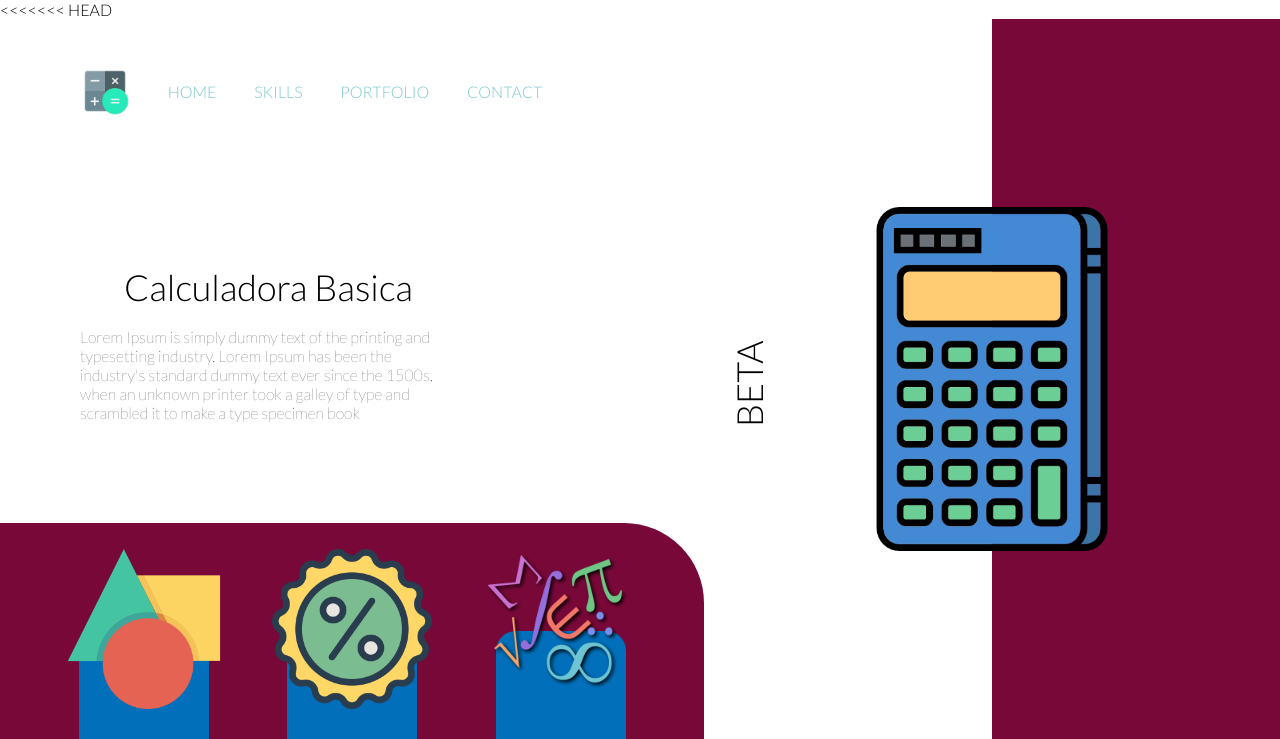
Repository: Davic1o/Calculator
Page: index.html
These files come from the project's save history. The page is drawn as it stood at one moment and after the next save; the edit follows.
The browser window is 1280 px wide. The pictures show the whole page.

Above is the page before, as saved 2022-05-19 01:24:00.

After the next save:
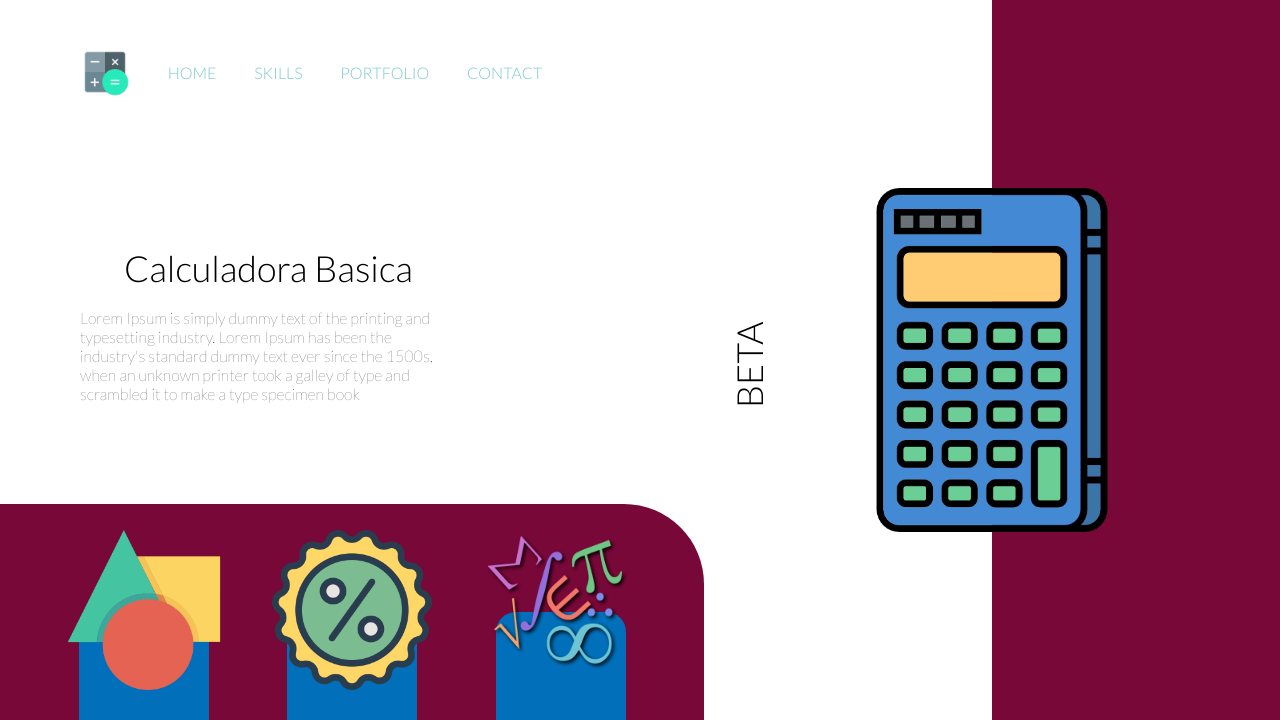
Saved 25 s later.
--- a/index.html
+++ b/index.html
@@ -1,4 +1,3 @@
-<<<<<<< HEAD
 <!DOCTYPE html>
 <html lang="en">
 <head>
